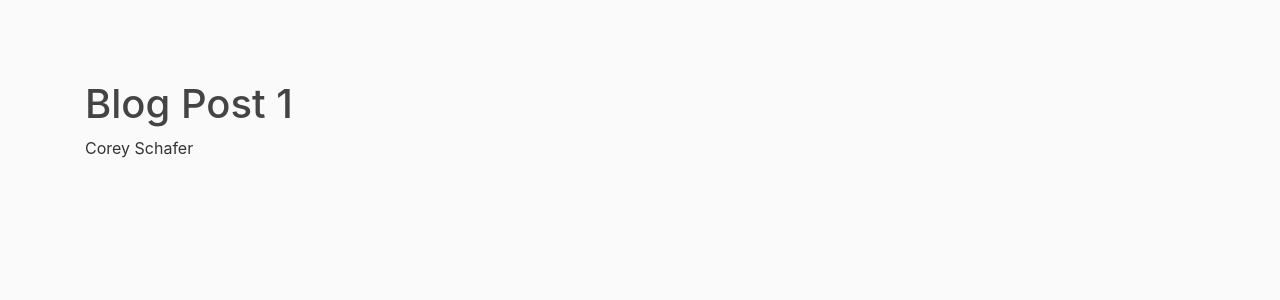
Repository: khanhdk0000/first_proj
Page: http://localhost/about?my_var=ecommerce
These files come from the project's save history. The page is drawn as it stood at one moment and after a run of saves; the edit follows.
The browser window is 1280 px wide. The pictures show the whole page.
Some web libraries are served in a nearby version. The page is served by the project's application, run on Flask 3 (flaskblog.py).

Above is the page before, as saved 2021-05-25 10:07:55.

After the next 2 saves:
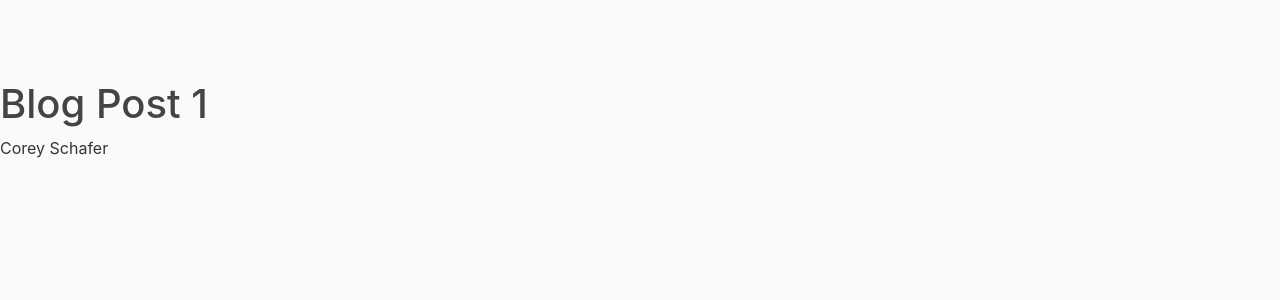
The 2 saves are shown as one change because they came seconds apart.
The last was saved 65 s later.
--- a/templates/layout.html
+++ b/templates/layout.html
@@ -18,13 +18,9 @@
 </head>
 <body>
 
-    <main role="main" class="container">
-      <div class="row">
-        <div class="col-md-8">
+
           {% block content %}{% endblock %}
-        </div>
-      </div>
-    </main>
+
 
 
     <!-- Optional JavaScript -->
